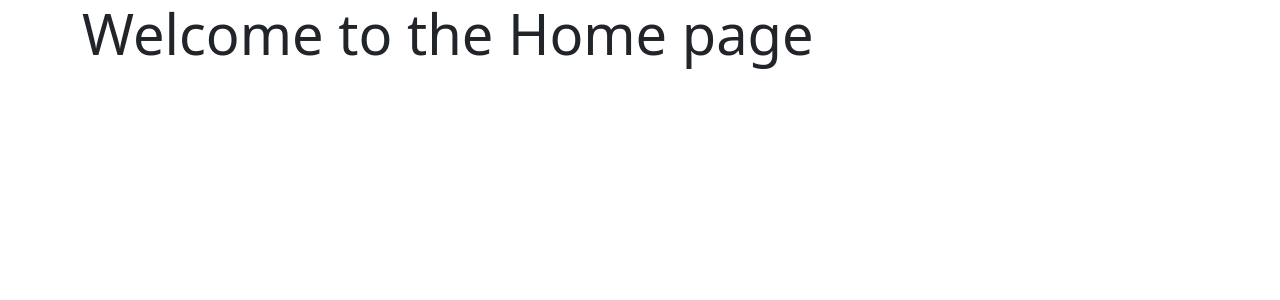
Repository: nhoque7/week3t.2
Page: http://localhost/
An editor plug-in stored every save of this project. The page is shown before and after the next save, followed by the edit.
The browser window is 1280 px wide. The pictures show the whole page.
The page is served by the project's Node server (server.js). Other server files are loaded and not shown.

Above is the page before, as saved 2022-10-14 00:20:42.

### views/index.ejs
<%- include partials/header.ejs %>





  <!--Main Content-->
  <main class="container">
    <div class="jumbotorn">
      <h1 class="display-4">Welcome to the <%= title %> page</h1>
    </div>
  </main>

### views/partials/header.ejs
<!DOCTYPE html>
<html lang="en">
<head>
  <meta charset="UTF-8">
  <meta http-equiv="X-UA-Compatible" content="IE=edge">
  <meta name="viewport" content="width=device-width, initial-scale=1.0">
  <title><%= title %></title>
  <!-- CSS Section -->
  <link rel="stylesheet" href="/bootstrap/dist/css/bootstrap.min.css">
  <link rel="stylesheet" href="/@fortawesome/fontawesome-free/css/all.min.css">
  <link rel='stylesheet' href='/Content/app.css' />

</head>
<body>

### server.js
#!/usr/bin/env node

/**
 * Module dependencies.
 */

var app = require('./app');
var debug = require('debug')('week3.t.2:server');
var http = require('http');

/**
 * Get port from environment and store in Express.
 */

var port = normalizePort(process.env.PORT || '3000');
app.set('port', port);

/**
 * Create HTTP server.
 */

var server = http.createServer(app);

/**
 * Listen on provided port, on all network interfaces.
 */

server.listen(port);
server.on('error', onError);
server.on('listening', onListening);

/**
 * Normalize a port into a number, string, or false.
 */

function normalizePort(val) {
  var port = parseInt(val, 10);

  if (isNaN(port)) {
    // named pipe
    return val;
  }

  if (port >= 0) {
    // port number
    return port;
  }

  return false;
}

/**
 * Event listener for HTTP server "error" event.
 */

function onError(error) {
  if (error.syscall !== 'listen') {
    throw error;
  }

  var bind = typeof port === 'string'
    ? 'Pipe ' + port
    : 'Port ' + port;

  // handle specific listen errors with friendly messages
  switch (error.code) {
    case 'EACCES':
      console.error(bind + ' requires elevated privileges');
      process.exit(1);
      break;
    case 'EADDRINUSE':
      console.error(bind + ' is already in use');
      process.exit(1);
      break;
    default:
      throw error;
  }
}

/**
 * Event listener for HTTP server "listening" event.
 */

function onListening() {
  var addr = server.address();
  var bind = typeof addr === 'string'
    ? 'pipe ' + addr
    : 'port ' + addr.port;
  debug('Listening on ' + bind);
}

### routes/index.js
var express = require('express');
var router = express.Router();

/* GET home page. */
router.get('/', function(req, res, next) {
  res.render('index',
    { title: 'Home'});
});
/* GET home page. */
router.get('/home', function(req, res, next) {
  res.render('index',
    { title: 'Home'});
});
/* GET About page. */
router.get('/about', function(req, res, next) {
  res.render('index',
    { title: 'About'});
});
/* GET Products page. */
router.get('/products', function(req, res, next) {
  res.render('index',
    { title: 'Products'});
});
/* GET Services page. */
router.get('/services', function(req, res, next) {
  res.render('index',
    { title: 'Services'});
});

/* GET Contact Us page. */
router.get('/contact', function(req, res, next) {
  res.render('index',
    { title: 'Contact Us'});
});

module.exports = router;

### app.js
let createError = require('http-errors');
let express = require('express');
let path = require('path');
let cookieParser = require('cookie-parser');
let logger = require('morgan');

let indexRouter = require('./routes/index');
let usersRouter = require('./routes/users');

let app = express();

// view engine setup
app.set('views', path.join(__dirname, 'views'));
app.set('view engine', 'ejs');

app.use(logger('dev'));
app.use(express.json());
app.use(express.urlencoded({ extended: false }));
app.use(cookieParser());
app.use(express.static(path.join(__dirname, 'public')));
app.use(express.static(path.join(__dirname, 'node_modules')));

app.use('/', indexRouter);
app.use('/users', usersRouter);

// catch 404 and forward to error handler
app.use(function(req, res, next) {
  next(createError(404));
});

// error handler
app.use(function(err, req, res, next) {
  // set locals, only providing error in development
  res.locals.message = err.message;
  res.locals.error = req.app.get('env') === 'development' ? err : {};

  // render the error page
  res.status(err.status || 500);
  res.render('error');
});

module.exports = app;

### public/Content/app.css
/*custom css goes here

After the next save:
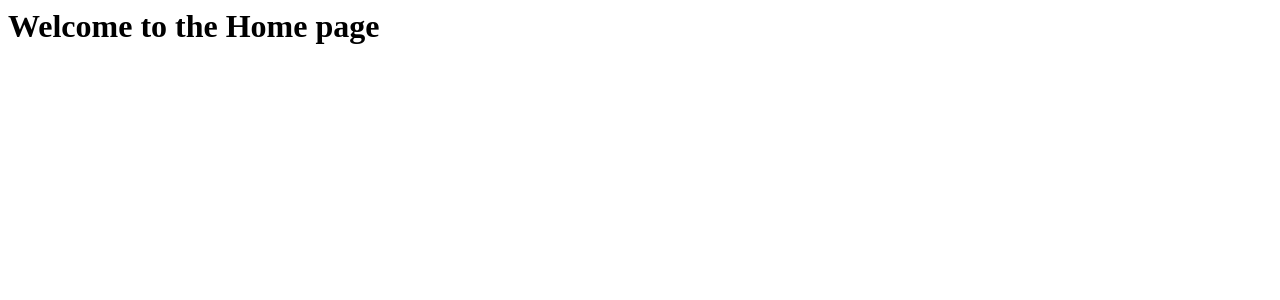
Saved 25 s later.
--- a/views/index.ejs
+++ b/views/index.ejs
@@ -1,4 +1,3 @@
-<%- include partials/header.ejs %>
 
 
 

After the save that followed:
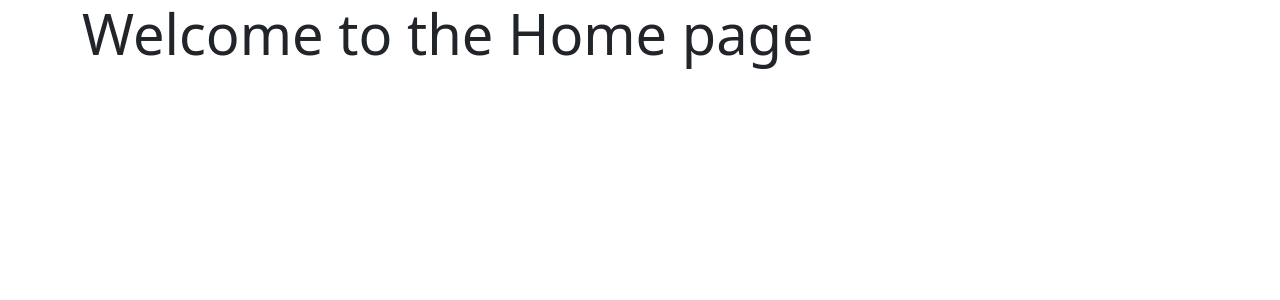
Saved 55 s later.
--- a/views/index.ejs
+++ b/views/index.ejs
@@ -1,4 +1,4 @@
-
+<%- include partials/header.ejs %>
 
 
 
